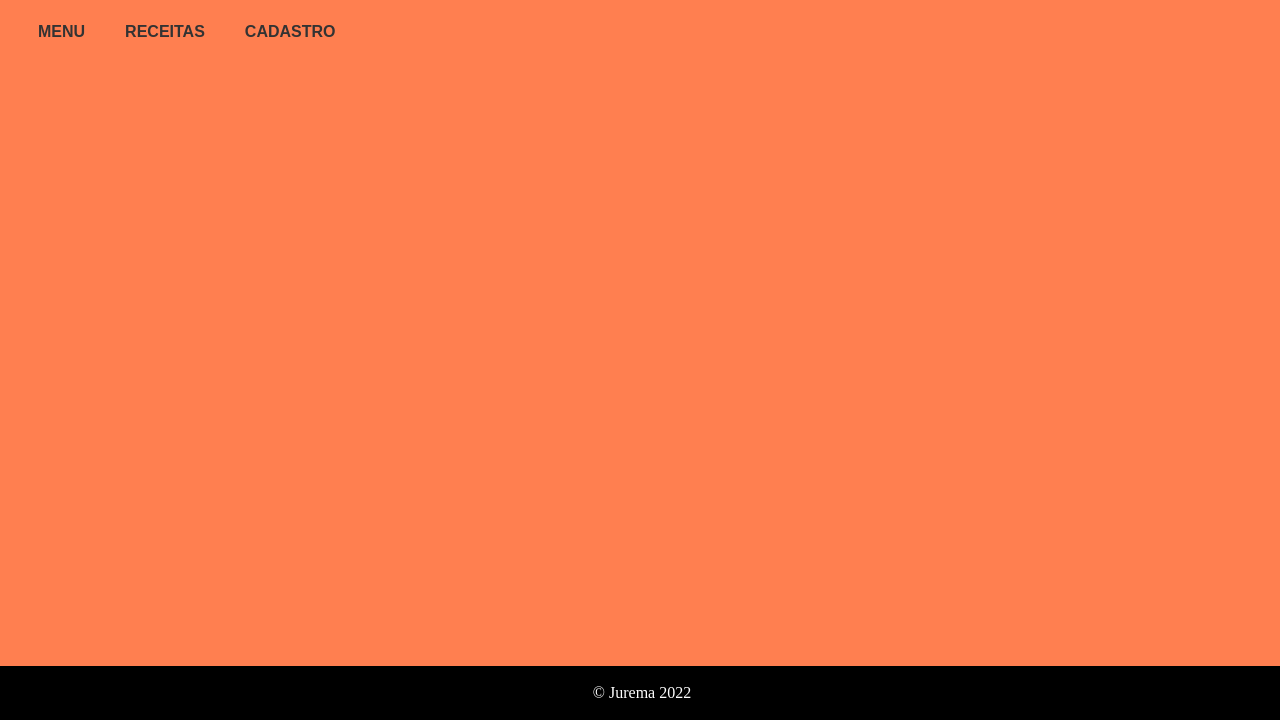
Repository: devropaes/RECEITAS
Page: OneDrive/Área de Trabalho/Estudos/Estácio/receitas/cadastro.html
These files come from the project's save history. The page is drawn as it stood at one moment and after the next save; the edit follows.
The browser window is 1280 px wide. The pictures show the whole page.

Above is the page before, as saved 2024-03-11 19:17:03.

After the next save:
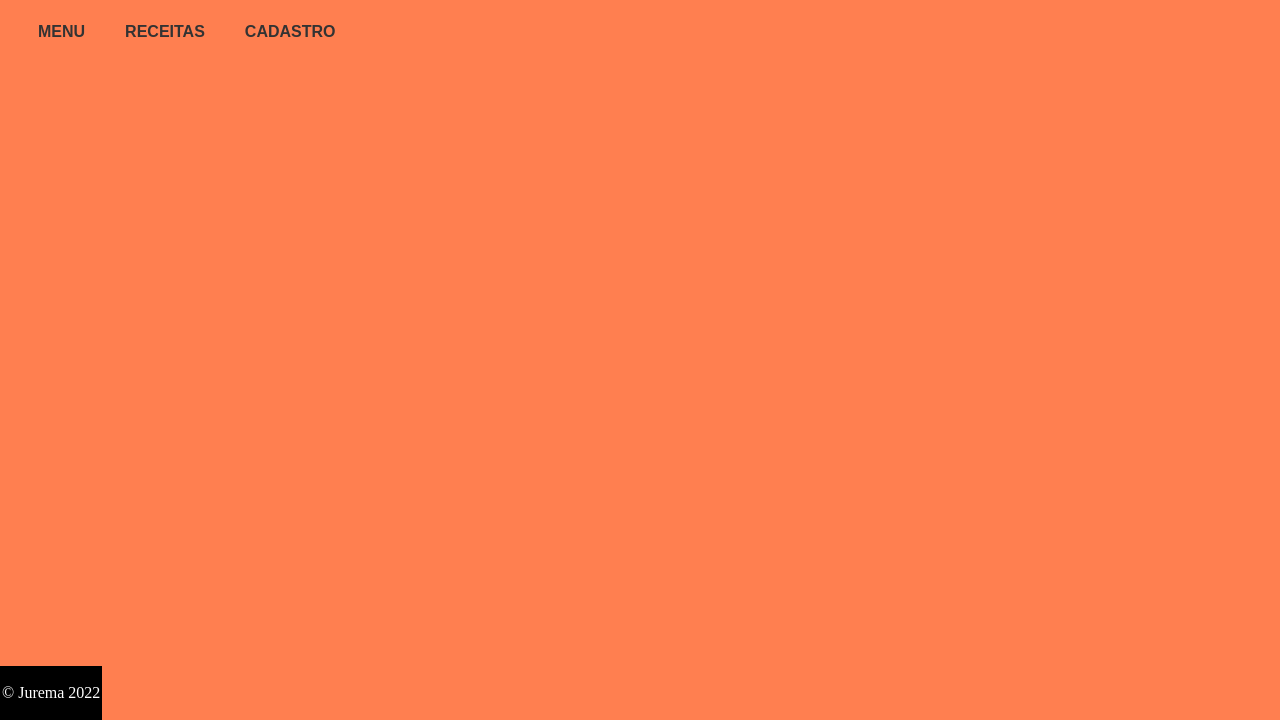
Saved 25 s later.
--- a/OneDrive/Área de Trabalho/Estudos/Estácio/receitas/formatos.css
+++ b/OneDrive/Área de Trabalho/Estudos/Estácio/receitas/formatos.css
@@ -94,7 +94,7 @@
     border-bottom: #fff;
     left: 0; /* Alteração aqui para fixar o rodapé no lado esquerdo */
     bottom: 0%;
-    width: 100%;
+
     margin: 0;
     max-width: 100%;
 

After the save that followed:
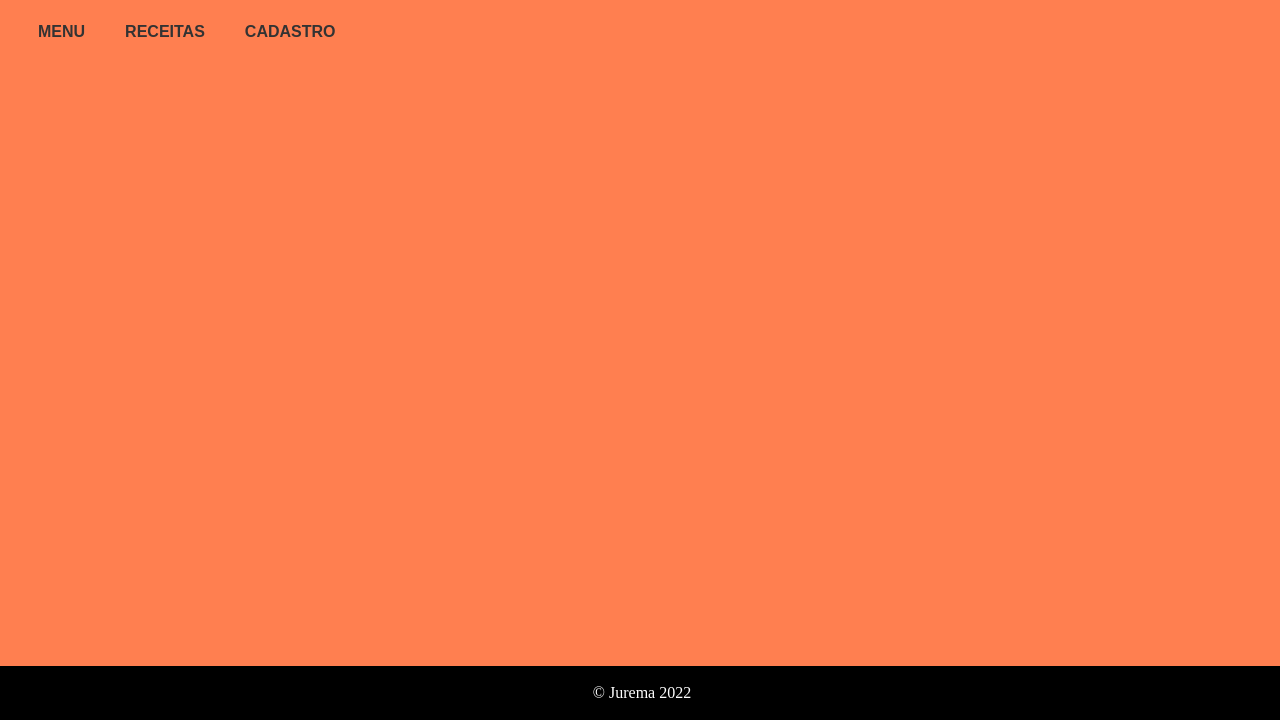
Saved 7 s later.
--- a/OneDrive/Área de Trabalho/Estudos/Estácio/receitas/formatos.css
+++ b/OneDrive/Área de Trabalho/Estudos/Estácio/receitas/formatos.css
@@ -94,7 +94,7 @@
     border-bottom: #fff;
     left: 0; /* Alteração aqui para fixar o rodapé no lado esquerdo */
     bottom: 0%;
-
+    width: 100%;
     margin: 0;
     max-width: 100%;
 
